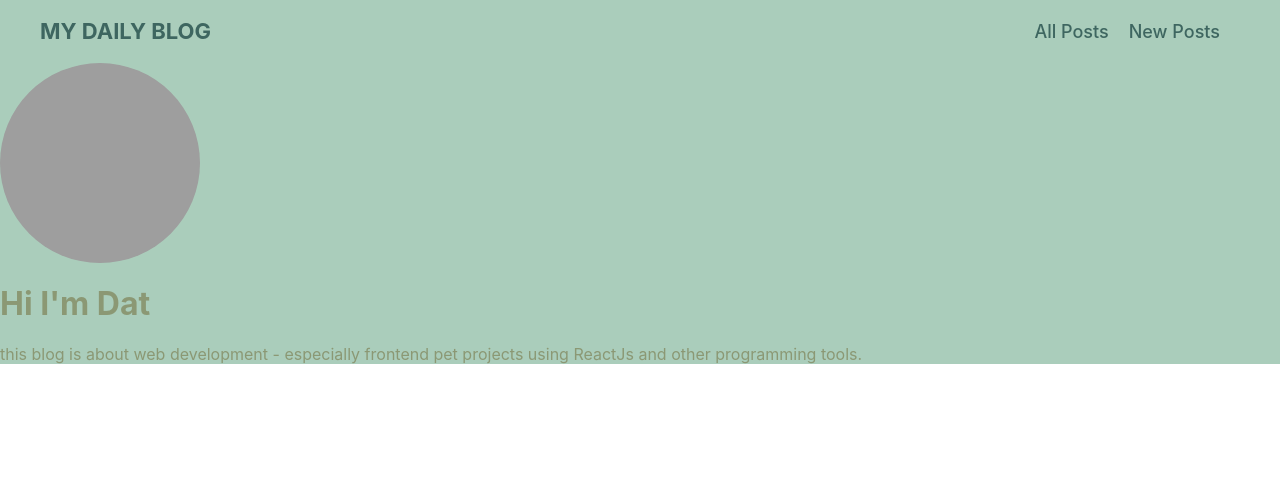
Repository: lyvandat/post-project-nextjs
Page: /
The author's editor kept a copy of each file at every save. The page is drawn from the files as they stood at one save, then again after the next save.
The browser window is 1280 px wide. The pictures show the whole page.
Pictures or frames that could not be fetched are drawn as grey boxes. The project was rebuilt for these pictures with package versions that can differ from the ones it lists, and the page was loaded fresh each time. The framework's server and built-in components were replaced by stand-ins that run in the browser. Also part of the build but not shown: next.config.js.

Above is the page before, as saved 2022-09-25 11:05:30.

After the next save:
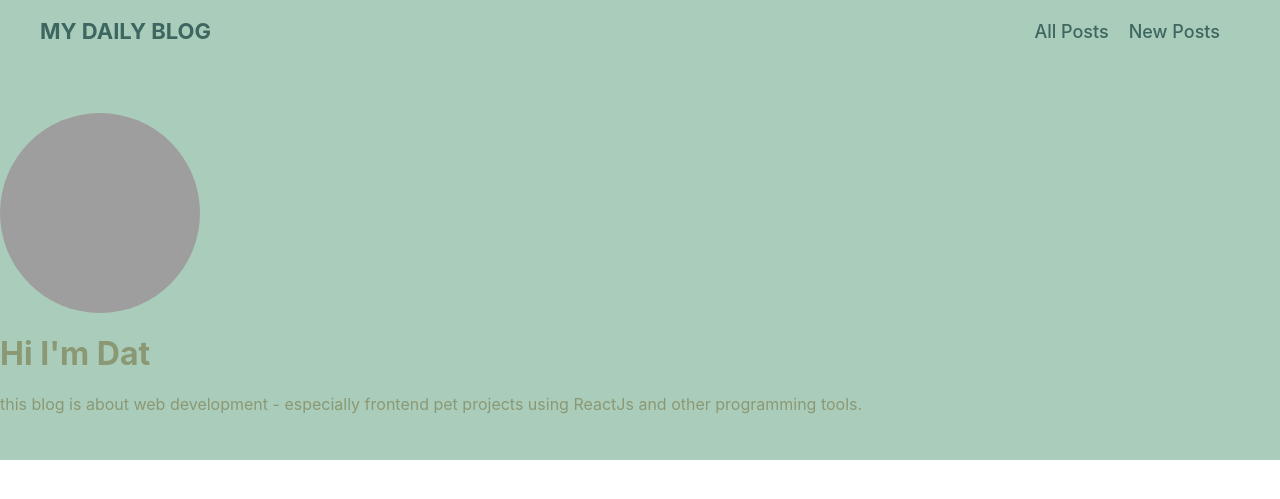
Saved 42 s later.
--- a/components/info/Info.module.css
+++ b/components/info/Info.module.css
@@ -1,5 +1,7 @@
 .info {
   background-color: var(--background-green);
+  padding-top: 50px;
+  padding-bottom: 30px;
 }
 
 .info-container {
